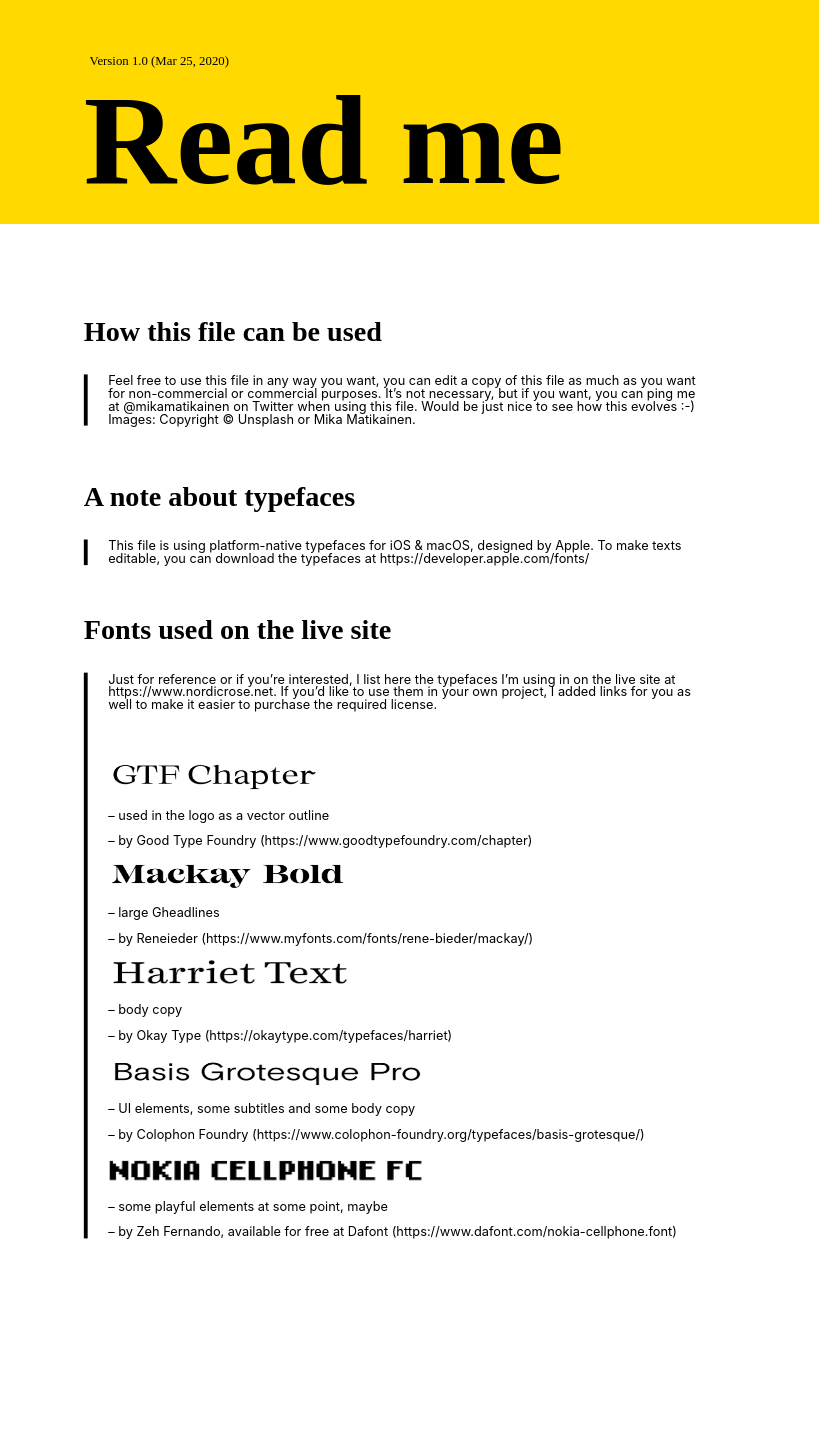
Repository: ThuTrang-jvb/JVB-BT1
Page: readme.html
An editor plug-in stored every save of this project. The page is shown before and after a run of saves, followed by the edit.
The browser window is 1280 px wide. The pictures show the whole page, at 64% of full size.

Above is the page before, as saved 2025-06-24 13:32:39.

After the next 2 saves:
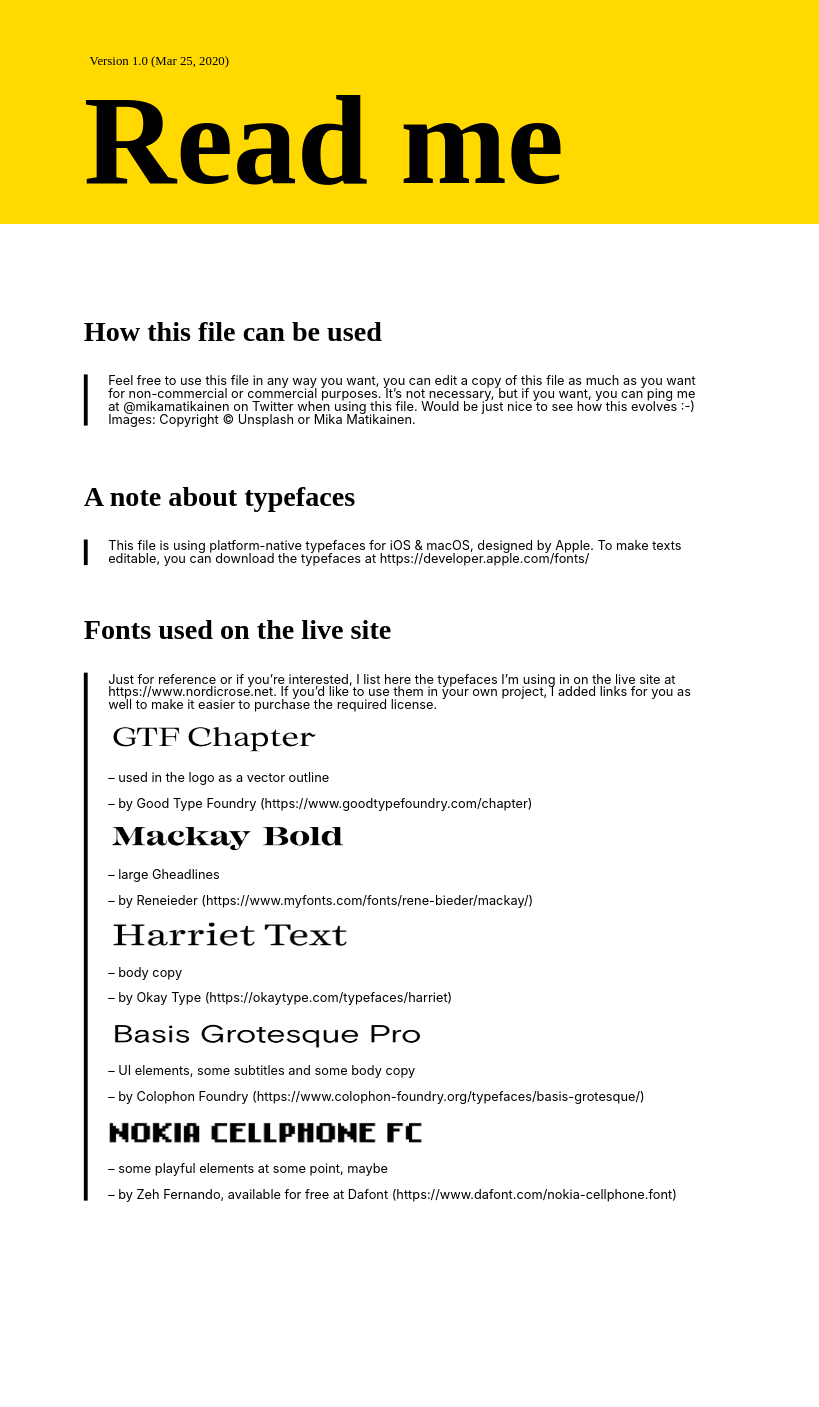
The 2 saves are shown as one change because they came seconds apart.
The last was saved 45 s later.
--- a/Page1/style.css
+++ b/Page1/style.css
@@ -70,7 +70,7 @@
 .type1 {
     width: 333.8832702636719px;
     height: 50.220001220703125px;
-    margin-top: 58.8px;
+    p-top: 58.8px;
 }
 .type2 {
     width: 382.34869384765625px;

After the 2 saves that followed:
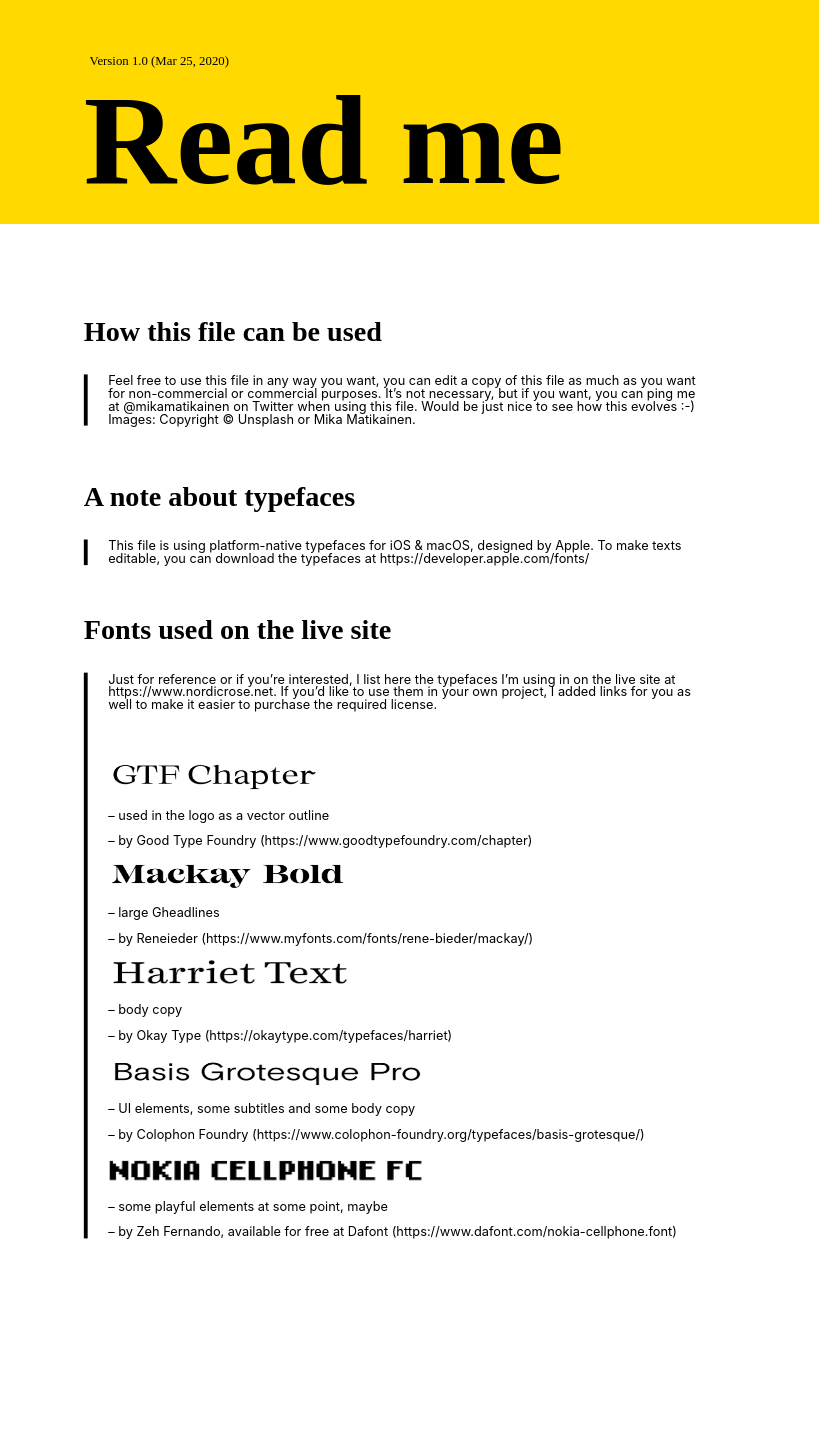
The 2 saves are shown as one change because they came seconds apart.
The last was saved 53 s later.
--- a/Page1/style.css
+++ b/Page1/style.css
@@ -70,7 +70,7 @@
 .type1 {
     width: 333.8832702636719px;
     height: 50.220001220703125px;
-    p-top: 58.8px;
+    padding-top: 58.8px;
 }
 .type2 {
     width: 382.34869384765625px;
